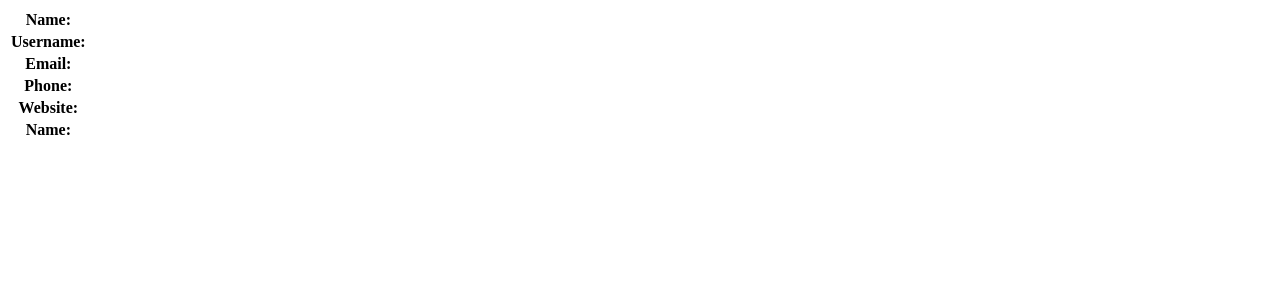
Repository: AyushMahatara/PHP-Simple-CRUD-with-JSON
Page: http://localhost/user/view.php?id=4
The author's editor kept a copy of each file at every save. The page is drawn from the files as they stood at one save, then again after the next save.
The browser window is 1280 px wide. The pictures show the whole page.
The page is run by PHP 8.4 with error messages shown; the project is at /var/www/html/.

Above is the page before, as saved 2024-03-20 15:39:44.

After the next save:
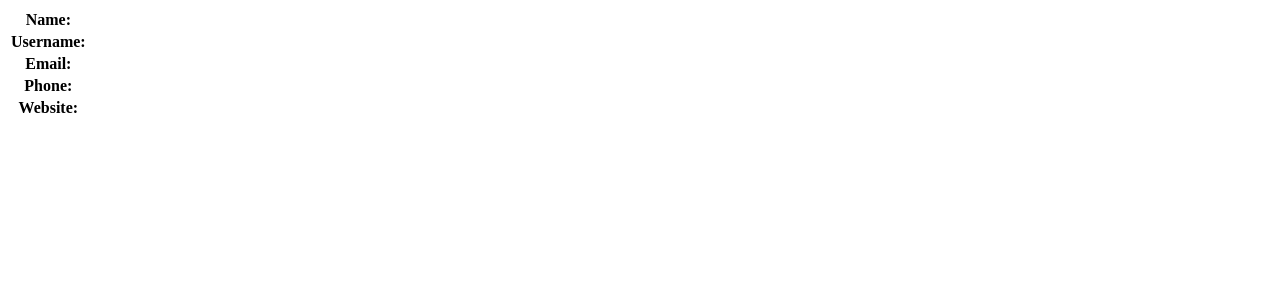
Saved 5 s later.
--- a/user/view.php
+++ b/user/view.php
@@ -28,9 +28,5 @@ $user = getUserById($userId);
             <th>Website:</th>
             <td></td>
         </tr>
-        <tr>
-            <th>Name:</th>
-            <td></td>
-        </tr>
     </tbody>
 </table>
